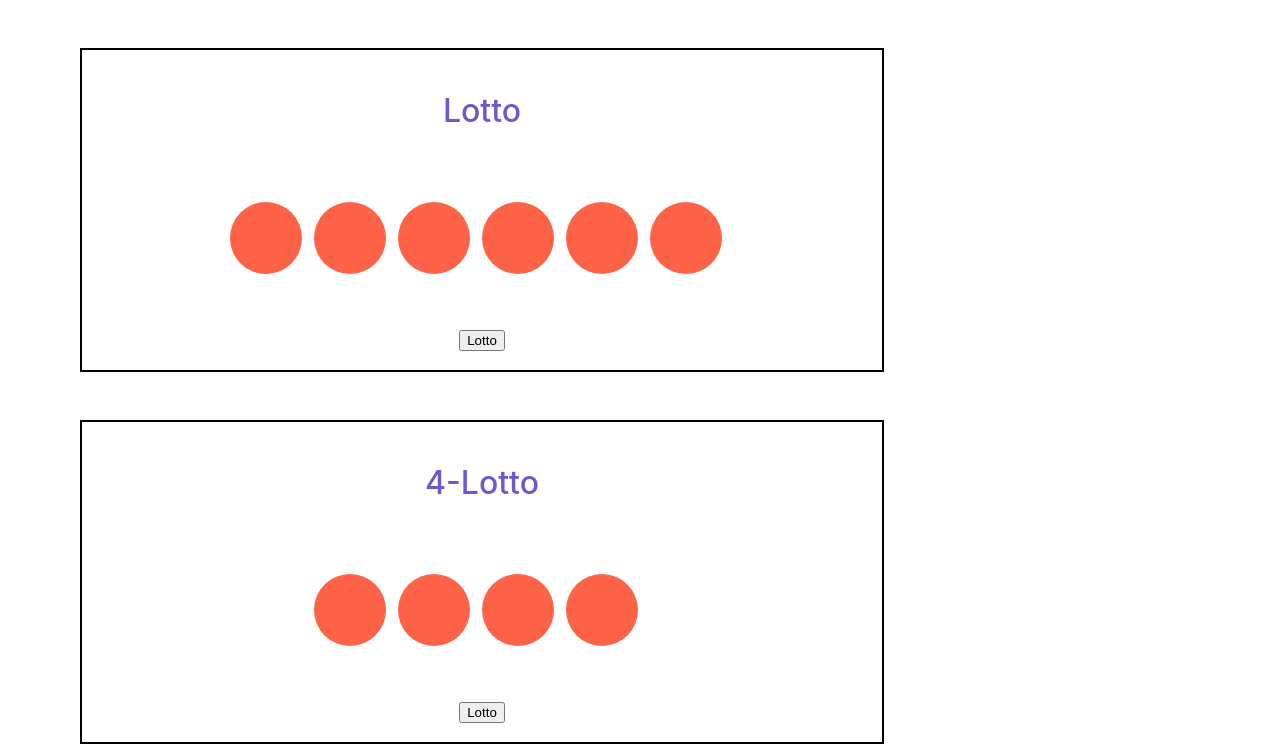
Repository: dung8466/learn-react
Page: / (app in lottery/)
These files come from the project's save history. The page is drawn as it stood at one moment and after a run of saves; the edit follows.
The browser window is 1280 px wide. The pictures show the whole page.
The project was rebuilt for these pictures with package versions that can differ from the ones it lists, and the page was loaded fresh each time.

Above is the page before, as saved 2022-09-18 21:06:31.

After the next 3 saves:
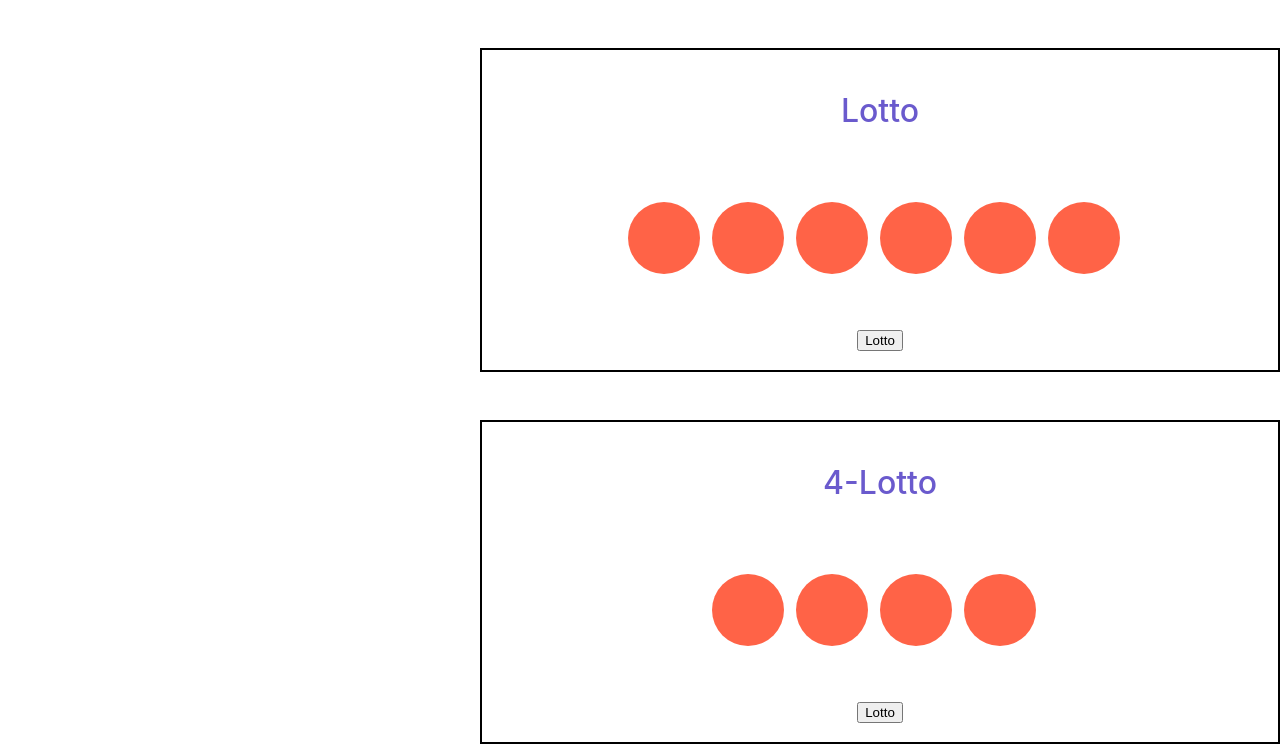
The 3 saves are shown as one change because they came seconds apart.
The last was saved 11 s later.
--- a/lottery/src/Lotto.css
+++ b/lottery/src/Lotto.css
@@ -9,7 +9,7 @@
     max-width: 50em;
     height: 20em;
     margin-top: 3em;
-    margin-left: 5em;
+    margin-left: 30em;
 }
 
 .lotto h1{
